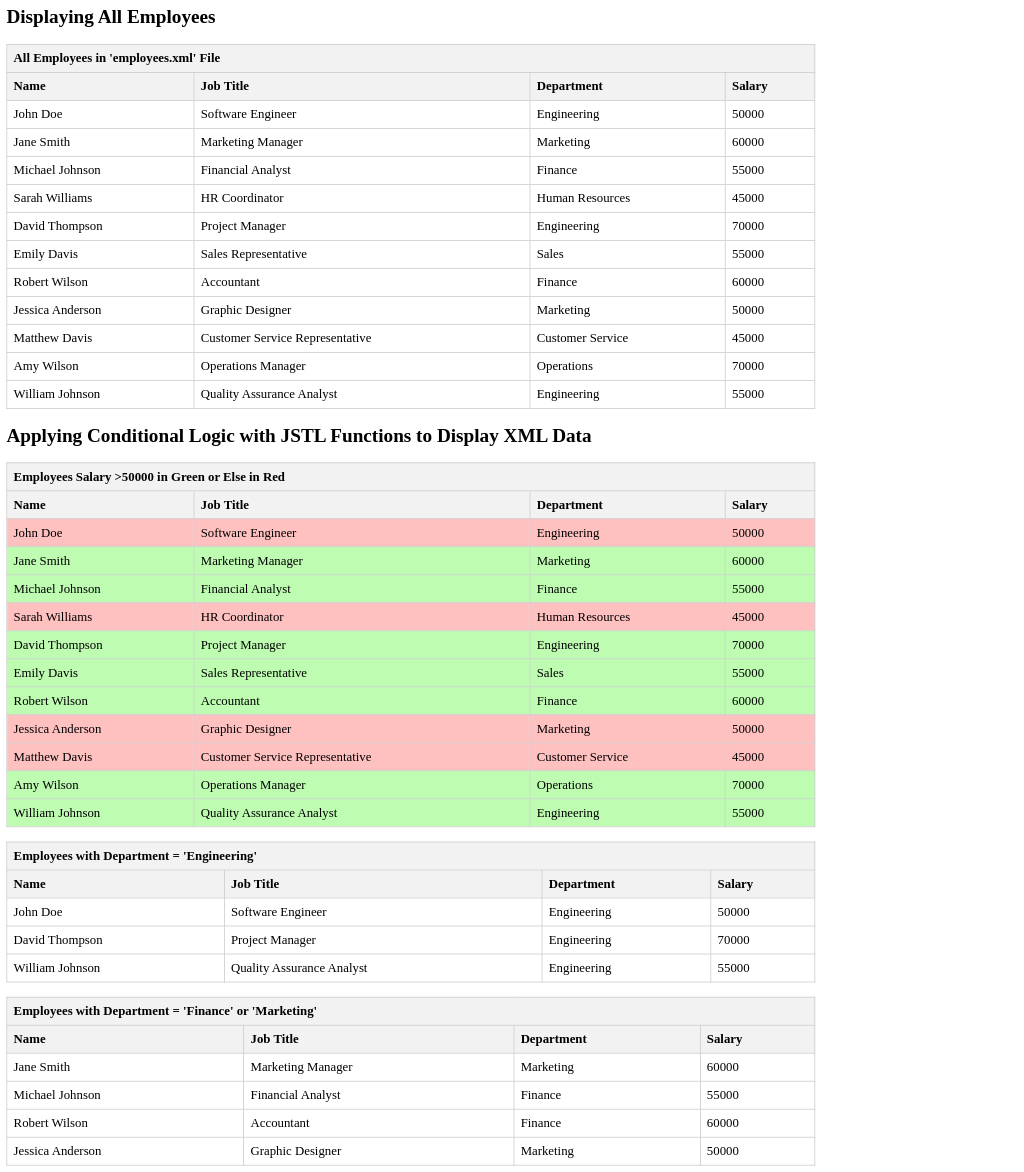
Repository: bkyncl/csd-430
Page: http://localhost/kyncl_mod9/
An editor plug-in stored every save of this project. The page is shown before and after the next save, followed by the edit.
The browser window is 1280 px wide. The pictures show the whole page, at 80% of full size.
The page is served by Tomcat 9.

Above is the page before, as saved 2023-07-05 06:29:23.

### kyncl_mod9/src/main/webapp/index.jsp
<%--
index.jsp
Module 9 assignment
Name: Brittany Kyncl
Date: 7.5.22
Course: CSD430
File to example the usage the usage of JSTL and XPath to parse XML data,
iterate over XML elements, apply conditional logic, and display the data in with customized styling.
Context purpose is to parse the XML file 'employees.xml' containing
employees data, and display it in tabular format. The file incorporates JSTL tags and functions
to manipulate the XML data and apply conditional logic for displaying the data based on various criteria.

--%>
<%@ page language="java" contentType="text/html; charset=ISO-8859-1" pageEncoding="ISO-8859-1"%>
<%@taglib uri="http://java.sun.com/jsp/jstl/core" prefix="c"%>
<%@taglib uri="http://java.sun.com/jsp/jstl/xml" prefix="x"%>
<html>
<head>
	<title>Parsing employees.xml</title>
	<link rel="stylesheet" type="text/css" href="styles.css">
</head>
<body>
	<c:import url="employees.xml" var="employeeData"/>
	<x:parse doc="${employeeData}" var="dom"/>

	<h2>Displaying All Employees</h2>
	<table border="1">
		<tr>
			<th colspan="4">All Employees in 'employees.xml' File</th>
		</tr>
		<tr>
			 <th>Name</th>
			 <th>Job Title</th>
			 <th>Department</th>
			 <th>Salary</th>
		</tr>
		<x:forEach var="employee" select="$dom/employees/employee">
		<%-- Displaying the details of each employee --%>
		<tr>
		  	<td><x:out select="$employee/name"/></td>
			<td><x:out select="$employee/jobTitle"/></td>
			<td><x:out select="$employee/department"/></td>
			<td><x:out select="$employee/salary"/></td>

		</x:forEach>
	</table>

	<h2>Applying Conditional Logic with JSTL Functions to Display XML Data</h2>
	<table border="1">
	    <tr>
	        <th colspan="4">Employees Salary >50000 in Green or Else in Red</th>
	    </tr>
	    <tr>
	        <th>Name</th>
	        <th>Job Title</th>
	        <th>Department</th>
	        <th>Salary</th>
	    </tr>
	    <x:forEach var="employee" select="$dom/employees/employee">
	        <x:choose>
	        	<%-- Applying styling to employees with salary > 50000 --%>
	            <x:when select="$employee/salary>50000">
	                <tr style="background-color: #BDFCB1;">
	                    <td><x:out select="$employee/name"/></td>
	                    <td><x:out select="$employee/jobTitle"/></td>
	                    <td><x:out select="$employee/department"/></td>
	                    <td><x:out select="$employee/salary"/></td>
	                </tr>
	            </x:when>
	            <%-- Applying styling to employees with salary <= 50000 --%>
	            <x:when select="$employee/salary<=50000">
	                <tr style="background-color: #FFC0C0;">
	                    <td><x:out select="$employee/name"/></td>
	                    <td><x:out select="$employee/jobTitle"/></td>
	                    <td><x:out select="$employee/department"/></td>
	                    <td><x:out select="$employee/salary"/></td>
	                </tr>
	            </x:when>
	            <%-- Displaying employees without any styling for otherwise clause (just in case conditions not met) --%>
	            <x:otherwise>
	                <tr>
	                    <td><x:out select="$employee/name"/></td>
	                    <td><x:out select="$employee/jobTitle"/></td>
	                    <td><x:out select="$employee/department"/></td>
	                    <td><x:out select="$employee/salary"/></td>
	                </tr>
	            </x:otherwise>
	        </x:choose>
	    </x:forEach>
	</table>
    <br>
    <table border="1">
	    <tr>
	        <th colspan="4">Employees with Department = 'Engineering'</th>
	    </tr>
	    <tr>
	        <th>Name</th>
	        <th>Job Title</th>
	        <th>Department</th>
	        <th>Salary</th>
	    </tr>
	    <x:forEach var="employee" select="$dom/employees/employee">
	        <x:choose>
	        	<%-- Filtering and displaying employees with the department value 'Engineering' --%>
	            <x:when select="$employee/department='Engineering'">
	                <tr>
	                    <td><x:out select="$employee/name"/></td>
	                    <td><x:out select="$employee/jobTitle"/></td>
	                    <td><x:out select="$employee/department"/></td>
	                    <td><x:out select="$employee/salary"/></td>
	                </tr>
	            </x:when>
	        </x:choose>
	    </x:forEach>
	</table>
	<br>
	<table border="1">
	    <tr>
	        <th colspan="4">Employees with Department = 'Finance' or 'Marketing'</th>
	    </tr>
	    <tr>
	        <th>Name</th>
	        <th>Job Title</th>
	        <th>Department</th>
	        <th>Salary</th>
	    </tr>
	    <x:forEach var="employee" select="$dom/employees/employee">
	        <x:choose>
	        	<%-- Filtering and displaying employees with the department values 'Finance' or 'Marketing' --%>
	            <x:when select="$employee/department='Finance' or $employee/department='Marketing'">
	                <tr>
	                    <td><x:out select="$employee/name"/></td>
	                    <td><x:out select="$employee/jobTitle"/></td>
	                    <td><x:out select="$employee/department"/></td>
	                    <td><x:out select="$employee/salary"/></td>
	                </tr>
	            </x:when>
	        </x:choose>
	    </x:forEach>
	</table>
</body>
</html>

### kyncl_mod9/src/main/webapp/employees.xml
<?xml version="1.0" encoding="UTF-8"?>
<employees>
  <employee>
    <name>John Doe</name>
    <jobTitle>Software Engineer</jobTitle>
    <department>Engineering</department>
    <salary>50000</salary>
  </employee>
  <employee>
    <name>Jane Smith</name>
    <jobTitle>Marketing Manager</jobTitle>
    <department>Marketing</department>
    <salary>60000</salary>
  </employee>
  <employee>
    <name>Michael Johnson</name>
    <jobTitle>Financial Analyst</jobTitle>
    <department>Finance</department>
    <salary>55000</salary>
  </employee>
  <employee>
    <name>Sarah Williams</name>
    <jobTitle>HR Coordinator</jobTitle>
    <department>Human Resources</department>
    <salary>45000</salary>
  </employee>
  <employee>
    <name>David Thompson</name>
    <jobTitle>Project Manager</jobTitle>
    <department>Engineering</department>
    <salary>70000</salary>
  </employee>
  <employee>
    <name>Emily Davis</name>
    <jobTitle>Sales Representative</jobTitle>
    <department>Sales</department>
    <salary>55000</salary>
  </employee>
  <employee>
    <name>Robert Wilson</name>
    <jobTitle>Accountant</jobTitle>
    <department>Finance</department>
    <salary>60000</salary>
  </employee>
  <employee>
    <name>Jessica Anderson</name>
    <jobTitle>Graphic Designer</jobTitle>
    <department>Marketing</department>
    <salary>50000</salary>
  </employee>
  <employee>
    <name>Matthew Davis</name>
    <jobTitle>Customer Service Representative</jobTitle>
    <department>Customer Service</department>
    <salary>45000</salary>
  </employee>
  <employee>
    <name>Amy Wilson</name>
    <jobTitle>Operations Manager</jobTitle>
    <department>Operations</department>
    <salary>70000</salary>
  </employee>
  <employee>
    <name>William Johnson</name>
    <jobTitle>Quality Assurance Analyst</jobTitle>
    <department>Engineering</department>
    <salary>55000</salary>
  </employee>
</employees>

### kyncl_mod9/src/main/webapp/styles.css
/* Table styles */
table {
  width: 80%;
  border-collapse: collapse;
}

table th, table td {
  padding: 8px;
  text-align: left;
  border: 1px solid #ccc;
}

table th {
  background-color: #f2f2f2;
}

After the next save:
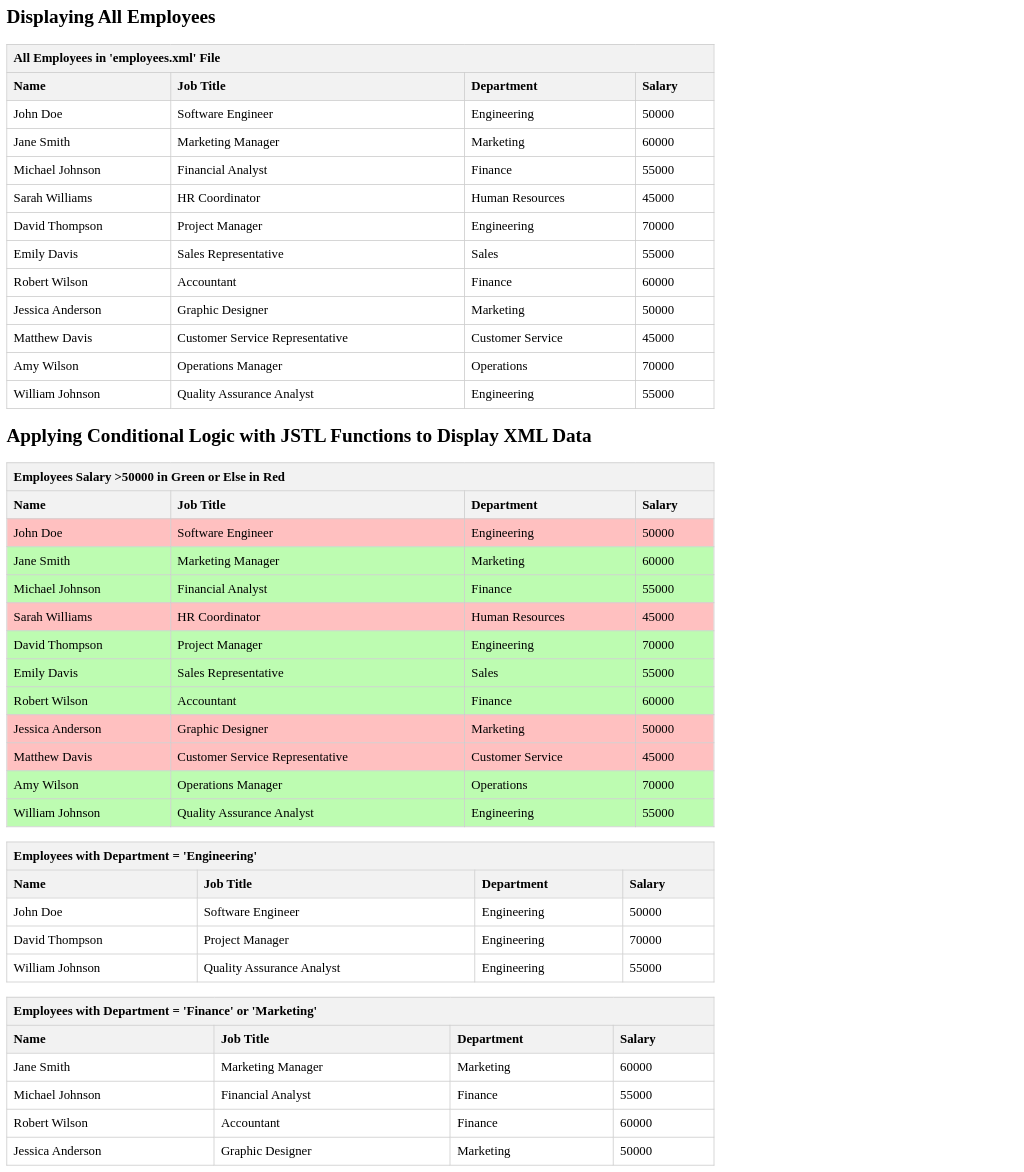
Saved 13 s later.
--- a/kyncl_mod9/src/main/webapp/styles.css
+++ b/kyncl_mod9/src/main/webapp/styles.css
@@ -1,6 +1,6 @@
 /* Table styles */
 table {
-  width: 80%;
+  width: 70%;
   border-collapse: collapse;
 }
 
